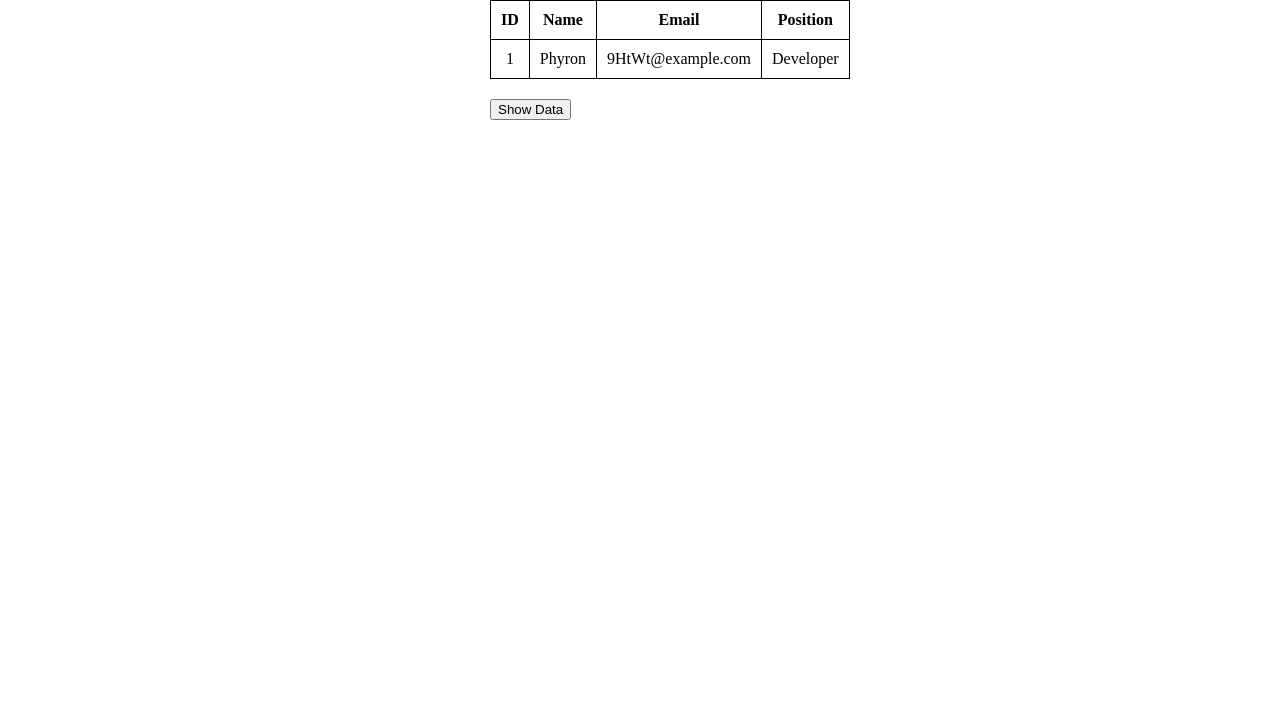
Repository: phyron-coder/NodeJS-1-
Page: index.html
These files come from the project's save history. The page is drawn as it stood at one moment and after the next save; the edit follows.
The browser window is 1280 px wide. The pictures show the whole page.

Above is the page before, as saved 2025-08-16 00:37:19.

After the next save:
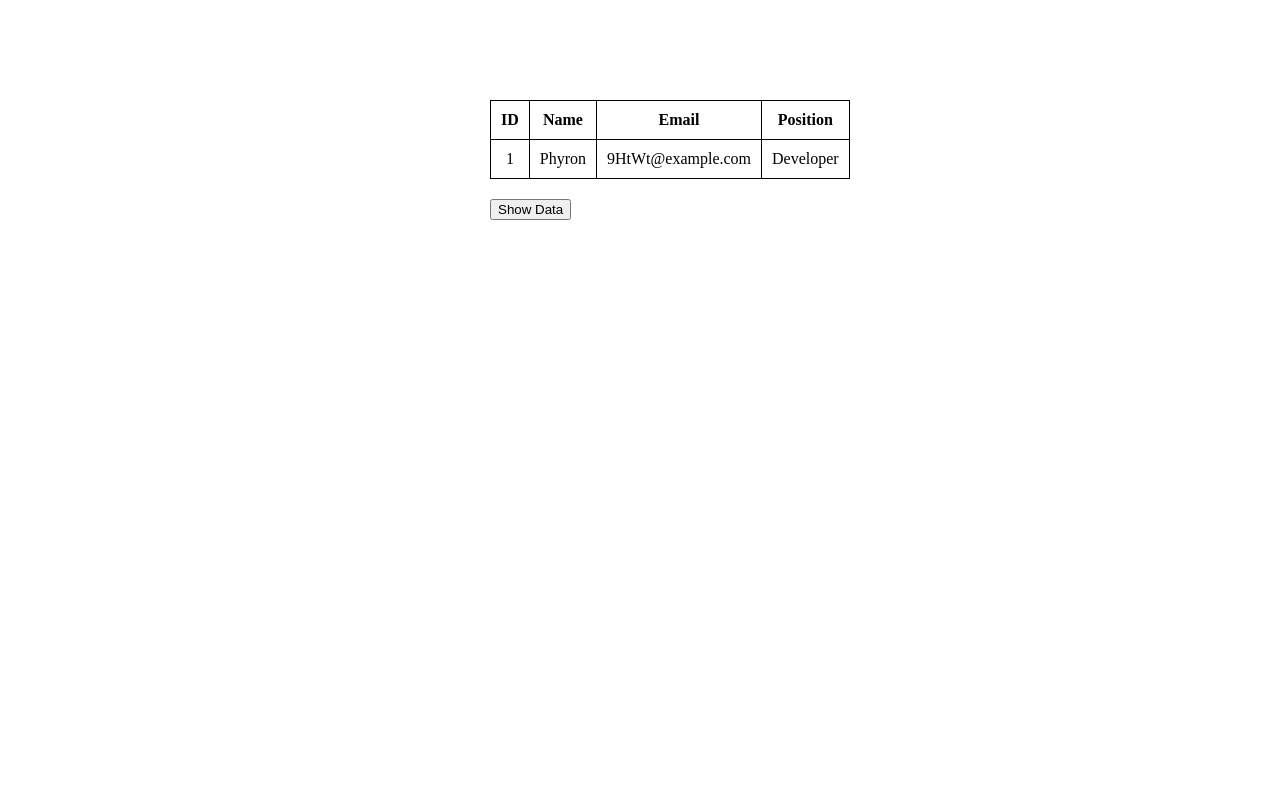
Saved 2 min 32 s later.
--- a/index.html
+++ b/index.html
@@ -10,6 +10,7 @@
             width: 300px;
             height: 600px;
             margin: 0 auto;
+            padding: 100px 0;
         }
 
         table,
